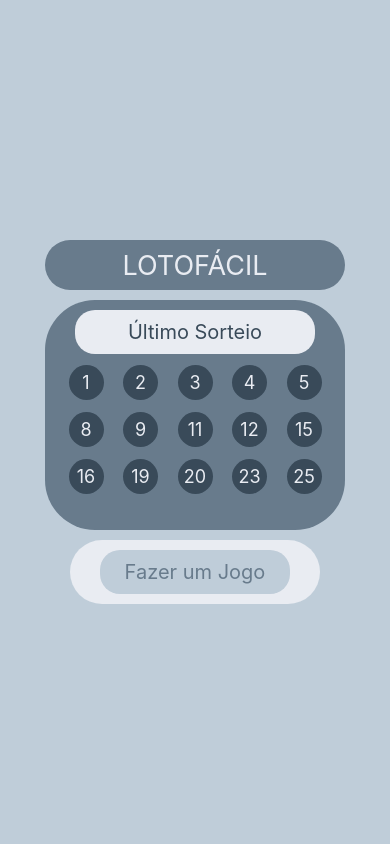
Repository: Deyvid-Kasteh/LotofacilApp
Screen: /
These files come from the project's save history. The screen is drawn as it stood at one moment and after a run of saves; the edit follows.
The app was drawn by React Native's web renderer in a window 390 px wide. The project was rebuilt for these pictures with package versions that can differ from the ones it lists, and the page was loaded fresh each time. Also part of the build but not shown: paginaTESTE.js.

Above is the screen before, as saved 2023-11-27 07:37:29.

### App.js
import { StatusBar } from 'expo-status-bar';
import { Text, View } from 'react-native';
import MainPage from './pages/MainPage';

export default function App() {
  return (
    <MainPage/>
  );
}

### pages/MainPage.js
import { View, Text } from 'react-native'
import React from 'react'
import { StatusBar } from "expo-status-bar";
import Resultado from '../components/Resultado';
import PaginaTesteee from '../paginaTESTE';

const MainPage = () => {
  return (
    <View
      style={{
        flex: 1,
        alignItems: "center",
        justifyContent: "center",
        backgroundColor: "#BFCDD9",
        // backgroundColor: "#E9ECF2",
      }}
    >
      <StatusBar style="auto" />
      {/* <Text>Lotofácil</Text> */}
      <Resultado />
      {/* <PaginaTesteee/> */}
    </View>
  );
}

export default MainPage

### components/Resultado.js
import { View, Text, TouchableOpacity } from "react-native";
import React, { useState } from "react";
import Bubble from "./Bubble";
import latestJson from "../Latest.json";

const Resultado = () => {
  const [viewHeight, setViewHeight] = useState(50);
  const toggleHeight = () => {
    const newHeight = viewHeight === 50 ? 200 : 50;
    setViewHeight(newHeight);
    console.log("mudou");
  };

  const dezenas = latestJson.Dezenas;
  const dezenasParaEscolher = [
    1, 2, 3, 4, 5, 6, 7, 8, 9, 10, 11, 12, 13, 14, 15, 16, 17, 18, 19, 20, 21,
    22, 23, 24, 25,
  ];

  const changeStyle = () => {
    console.log(latestJson.Dezenas);
  };

  const renderFazerJogo = () => {
    if (viewHeight === 50) {
    } else {
      return (
        <View
          style={{
            flexWrap: "wrap",
            flexDirection: "row",
            alignContent: "center",
            justifyContent: "space-evenly",
          }}
        >
          {dezenasParaEscolher.map((numero, index) => {
            let backgroundColor = "#687B8C"





            return (
              <TouchableOpacity key={index} onPress={() => {}}>
                <Bubble numero={numero} />
              </TouchableOpacity>
            );
          })}
        </View>
      );
    }
  };

  return (
    <View
      style={{
        flex: 1,
        justifyContent: "center",
        alignItems: "center",
      }}
    >
      <View
        style={{
          width: 300,
          height: 50,
          borderRadius: 50,
          alignItems: "center",
          justifyContent: "center",
          elevation: 2,
          backgroundColor: "#687B8C",
          marginBottom: 10,
        }}
      >
        <Text
          style={{
            color: "#E9ECF2",
            // color: "#394A59",
            fontSize: 27,
          }}
        >
          LOTOFÁCIL
        </Text>
      </View>
      <View
        style={{
          width: 300,
          height: 230,
          padding: 10,
          borderRadius: 50,
          // flexWrap: "wrap",
          // flexDirection: "row",
          // alignContent: "center",
          // justifyContent: "flex-start",
          alignItems: "center",
          elevation: 2,
          // backgroundColor: "#95ACBF",
          // backgroundColor: "#E9ECF2",
          // backgroundColor: "#394A59",
          backgroundColor: "#687B8C",
          // backgroundColor: "#BFCDD9",
          marginBottom: 10,
        }}
      >
        <TouchableOpacity
          style={{
            width: 240,
            backgroundColor: "#394A59",
            backgroundColor: "#687B8C",
            backgroundColor: "#E9ECF2",

            elevation: 5,
            // alignContent: "center",
            justifyContent: "center",
            alignItems: "center",

            padding: 10,
            borderRadius: 20,
            marginBottom: 5,
          }}
          onPress={() => changeStyle()}
        >
          <Text
            style={{
              color: "#E9ECF2",
              color: "#394A59",

              fontSize: 20,
            }}
          >
            Último Sorteio
          </Text>
        </TouchableOpacity>
        <View
          style={{
            flexWrap: "wrap",
            flexDirection: "row",
            alignContent: "center",
            justifyContent: "space-evenly",
          }}
        >
          {dezenas.map((numero, index) => (
            <Bubble key={index} numero={numero} />
          ))}
        </View>
      </View>

      {/* SEPARAÇÃO */}
      {/* SEPARAÇÃO */}
      <View
        style={[
          {
            width: 300,
            // height: 320,
            padding: 10,
            borderRadius: 50,

            alignItems: "center",
            elevation: 2,
            // backgroundColor: "#95ACBF",
            // backgroundColor: "#E9ECF2",
            // backgroundColor: "#394A59",
            backgroundColor: "#687B8C",
            // backgroundColor: "#BFCDD9",
          },
          viewHeight === 50
            ? { width: 250, backgroundColor: "#E9ECF2" }
            : { width: 300, backgroundColor: "#687B8C" },
        ]}
      >
        <TouchableOpacity
          style={[
            {
              width: 240,
              backgroundColor: "#394A59",
              backgroundColor: "#687B8C",
              backgroundColor: "#E9ECF2",
              elevation: 5,
              justifyContent: "center",
              alignItems: "center",
              padding: 10,
              borderRadius: 20,
            },
            viewHeight === 50
              ? { width: 190, backgroundColor: "#BFCDD9" }
              : { width: 240, backgroundColor: "#E9ECF2" },
          ]}
          onPress={() => toggleHeight()}
        >
          <Text
            style={[
              {
                fontSize: 20,
              },
              viewHeight === 50 ? { color: "#687B8C" } : { color: "#394A59" },
            ]}
          >
            Fazer um Jogo
          </Text>
        </TouchableOpacity>
        {renderFazerJogo()}
      </View>

      {/* <View
        style={{
          width: 250,
          height: 70,
          // padding: 10,
          borderRadius: 50,
          marginTop: 10,
          alignContent: "center",
          justifyContent: "center",
          justifyContent: "space-around",
          alignItems: "center",
          elevation: 2,
          // backgroundColor: "#95ACBF",
          backgroundColor: "#E9ECF2",
          // backgroundColor: "#394A59",
          // backgroundColor: "#687B8C",
          // backgroundColor: "#BFCDD9",
          // backgroundColor: "#687B8C",
        }}
      >
        <TouchableOpacity
          style={{
            width: 190,
            backgroundColor: "#394A59",
            // backgroundColor: "#687B8C",
            // backgroundColor: "#E9ECF2",
            backgroundColor: "#95ACBF",
            backgroundColor: "#BFCDD9",

            // elevation: 2,
            alignContent: "center",
            justifyContent: "center",
            alignItems: "center",
            padding: 10,
            borderRadius: 20,
          }}
          onPress={() => changeStyle()}
        >
          <Text
            style={{
              color: "#E9ECF2",
              color: "#394A59",
              color: "#687B8C",

              fontSize: 20,
            }}
          >
            Estatisticas
          </Text>
        </TouchableOpacity>
      </View> */}
      {/* <View
        style={{
          width: 250,
          height: 70,
          // padding: 10,
          borderRadius: 50,
          marginTop: 10,
          alignContent: "center",
          justifyContent: "center",
          justifyContent: "space-around",
          alignItems: "center",
          elevation: 2,
          // backgroundColor: "#95ACBF",
          backgroundColor: "#E9ECF2",
          // backgroundColor: "#394A59",
          // backgroundColor: "#687B8C",
          // backgroundColor: "#BFCDD9",
          // backgroundColor: "#687B8C",
        }}
      >
        <TouchableOpacity
          style={{
            width: 190,
            backgroundColor: "#394A59",
            // backgroundColor: "#687B8C",
            // backgroundColor: "#E9ECF2",
            backgroundColor: "#95ACBF",
            backgroundColor: "#BFCDD9",

            // elevation: 2,
            alignContent: "center",
            justifyContent: "center",
            alignItems: "center",
            padding: 10,
            borderRadius: 20,
          }}
          onPress={() => changeStyle()}
        >
          <Text
            style={{
              color: "#E9ECF2",
              color: "#394A59",
              color: "#687B8C",

              fontSize: 20,
            }}
          >
            Conferir resultado
          </Text>
        </TouchableOpacity>
      </View> */}
    </View>
  );
};

export default Resultado;

### components/Bubble.js
import { View, Text } from "react-native";
import React from "react";

const Bubble = (props) => {
  return (
    <View
      style={{
        width: 35,
        height: 35,
        backgroundColor: "#394A59",
        // backgroundColor: "#687B8C",

        borderRadius: 50,
        alignContent: "center",
        justifyContent: "center",
        alignItems: "center",
        margin: 6,
        // elevation: 5,
        opacity: 1,
      }}
    >
      <Text
        style={{
          color: "#E9ECF2",
          fontSize: 18,
        }}
      >
        {props.numero}
      </Text>
    </View>
  );
};

export default Bubble;

### Latest.json
{
  "concurso": 2960,
  "Data Sorteio": "22/11/2023",
  "Dezenas": [
    1,
    2,
    3,
    4,
    5,
    8,
    9,
    11,
    12,
    15,
    16,
    19,
    20,
    23,
    25
  ],
  "Ganhadores 15 acertos": 3,
  "Cidade / UF": "BRASILIA/DF; JARAGUA/GO; IPATINGA/MG",
  "Premio 15 Acertos": "R$1.639.439,24",
  "Ganhadores 14 Acertos": 433,
  "Premio 14 Acertos": "R$1.732,84",
  "Ganhadores 13 Acertos": 13831,
  "Premio 13 Acertos": "R$30,00",
  "Ganhadores 12 Acertos": 163567,
  "Premio 12 Acertos": "R$12,00",
  "Ganhadores 11 Acertos": 882304,
  "Premio 11 Acertos": "R$6,00"
}

After the next 3 saves:
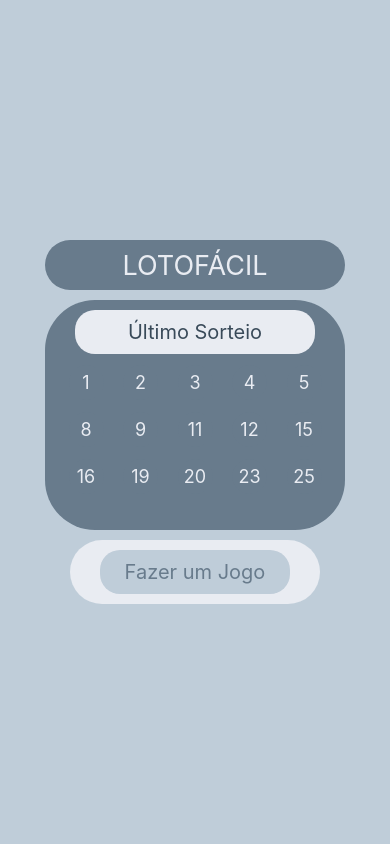
The 3 saves are shown as one change because they came seconds apart.
The last was saved 17 s later.
--- a/components/Bubble.js
+++ b/components/Bubble.js
@@ -8,7 +8,7 @@
         width: 35,
         height: 35,
         backgroundColor: "#394A59",
-        // backgroundColor: "#687B8C",
+        backgroundColor: "#687B8C",
 
         borderRadius: 50,
         alignContent: "center",
